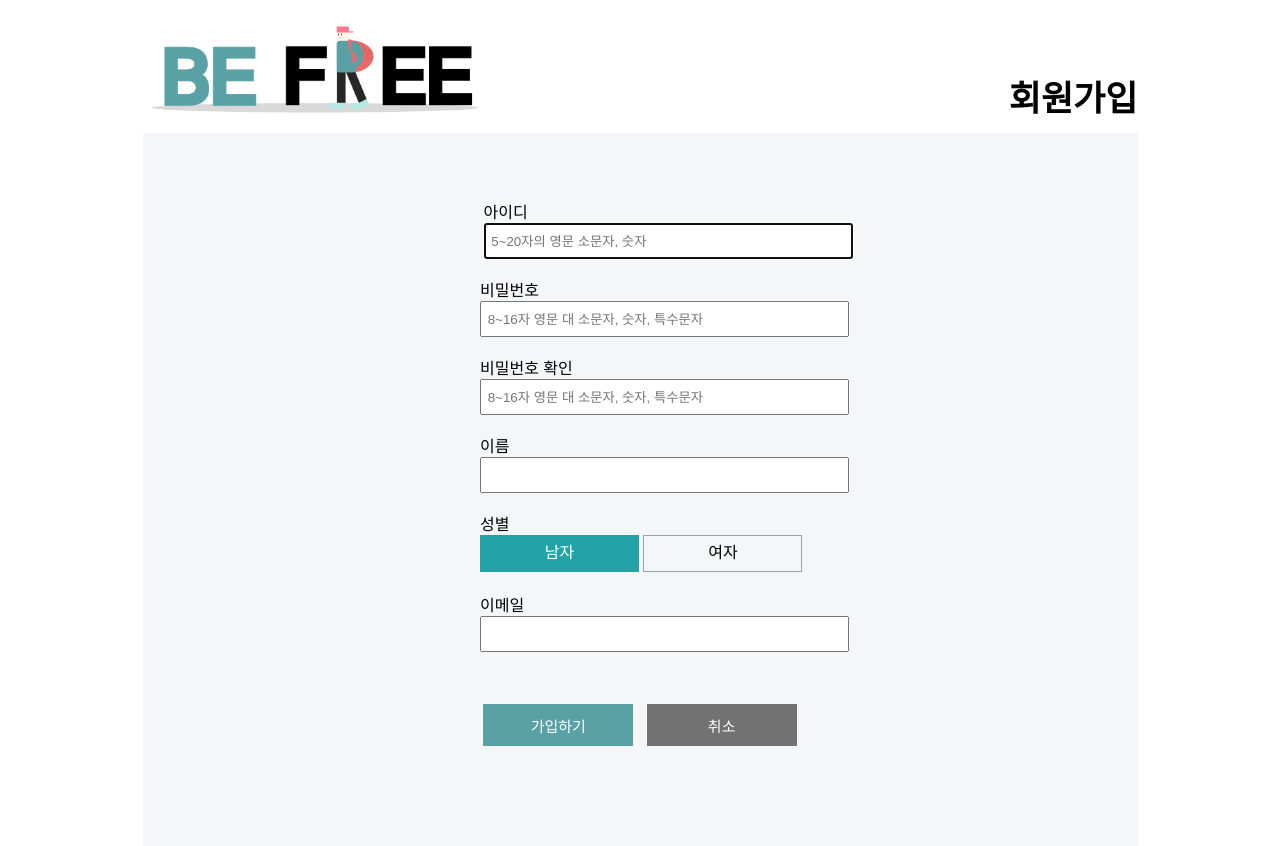
Repository: 1912087/Klavier_Piano
Page: http://localhost/notice/join.jsp
The author's editor kept a copy of each file at every save. The page is drawn from the files as they stood at one save, then again after the next save.
The browser window is 1280 px wide. The pictures show the whole page.
Some web fonts or font styles are not loaded; a fallback is used. The page is served by Tomcat 9.

Above is the page before, as saved 2021-11-08 19:40:49.

After the next save:
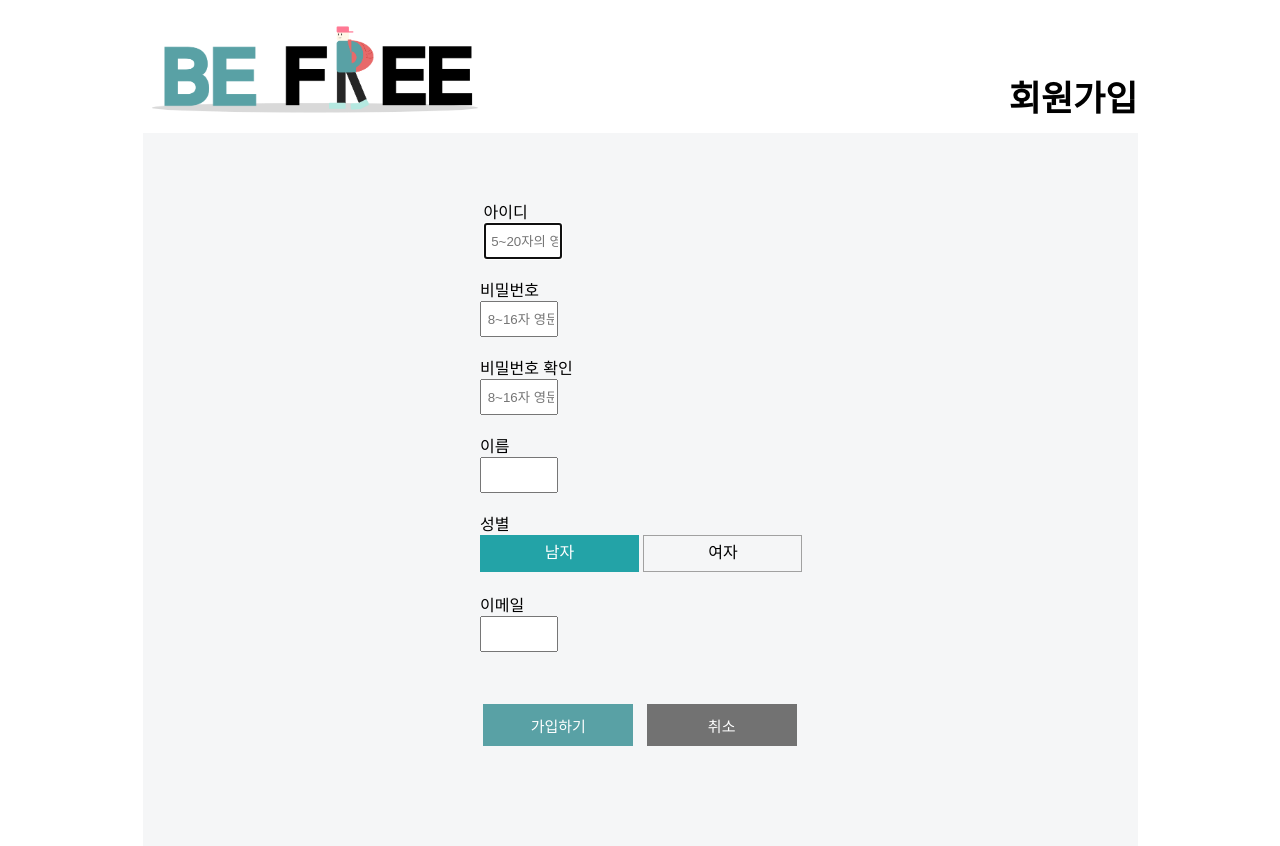
Saved 27 s later.
--- a/Notice/notice/WebContent/join.jsp
+++ b/Notice/notice/WebContent/join.jsp
@@ -17,7 +17,7 @@
             body{font-family: 'Gowun Dodum', sans-serif;}
             ul {list-style-type: none;}
             a {text-decoration: none; color:black;}
-            input {height:30px;}
+            input {height:30px; width: 70px;}
 
             .all {
                 padding-top:15px;
